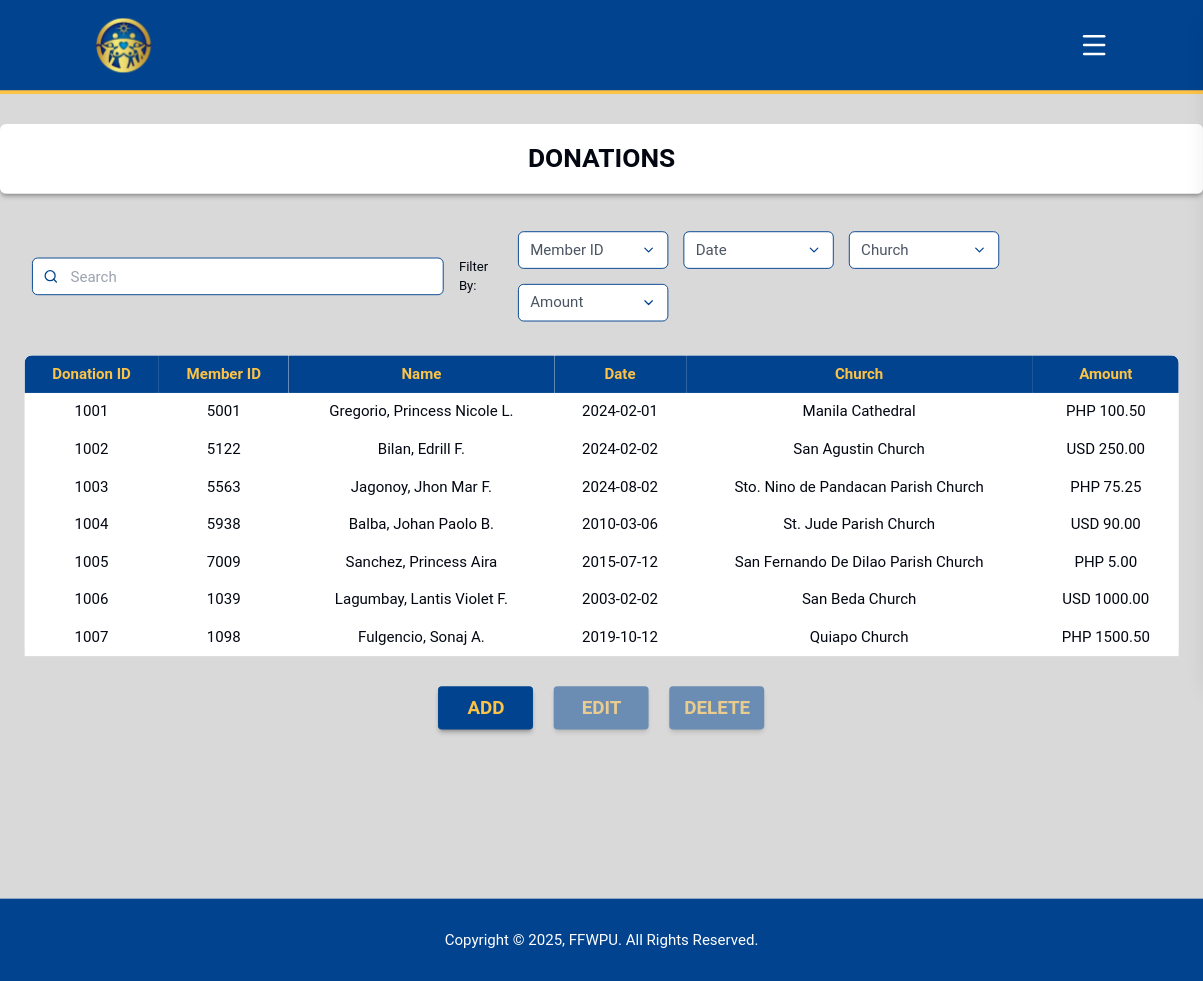
Repository: CoderTofu/FFWPU_System
Page: /donation
These files come from the project's save history. The page is drawn as it stood at one moment and after the next save; the edit follows.
The browser window is 1280 px wide. The pictures show the whole page, at 94% of full size.
The project was rebuilt for these pictures with package versions that can differ from the ones it lists, and the page was loaded fresh each time. The framework's server and built-in components were replaced by stand-ins that run in the browser. Also part of the build but not shown: next.config.ts, src/components/NavbarPublic.tsx, src/components/FooterPublic.tsx, src/lib/utils.ts, src/components/ui/dialog.tsx, src/components/ui/button.tsx, src/components/Modal.tsx.

Above is the page before, as saved 2025-03-07 07:20:41.

### src/app/layout.tsx
import type { Metadata } from "next";
import "./globals.css";
import Preloader from "../components/Preloader";
import LayoutWrapper from "@/components/LayoutWrapper";

export const metadata: Metadata = {
  title: "FFWPU-System",
  description: "Created to help the FFWPU organization",
};

export default function RootLayout({
  children,
}: Readonly<{ children: React.ReactNode }>) {
  return (
    <html lang="en">
      <link rel="icon" href="/icons/ffwpu_icon.svg" sizes="any" />
      <body className="antialiased min-h-screen flex flex-col bg-[#f1f1f1]">
        <Preloader />
        <LayoutWrapper>{children}</LayoutWrapper>
      </body>
    </html>
  );
}

### src/app/globals.css
@tailwind base;
@tailwind components;
@tailwind utilities;

@import url("https://fonts.googleapis.com/css2?family=Roboto:ital,wght@0,100..900;1,100..900&display=swap");

:root {
  --roboto-font: "Roboto", "arial";
}

* {
  font-family: var(--roboto-font);
}



@layer base {
  :root {
    --background: 0 0% 100%;
    --foreground: 224 71.4% 4.1%;
    --card: 0 0% 100%;
    --card-foreground: 224 71.4% 4.1%;
    --popover: 0 0% 100%;
    --popover-foreground: 224 71.4% 4.1%;
    --primary: 220.9 39.3% 11%;
    --primary-foreground: 210 20% 98%;
    --secondary: 220 14.3% 95.9%;
    --secondary-foreground: 220.9 39.3% 11%;
    --muted: 220 14.3% 95.9%;
    --muted-foreground: 220 8.9% 46.1%;
    --accent: 220 14.3% 95.9%;
    --accent-foreground: 220.9 39.3% 11%;
    --destructive: 0 84.2% 60.2%;
    --destructive-foreground: 210 20% 98%;
    --border: 220 13% 91%;
    --input: 220 13% 91%;
    --ring: 224 71.4% 4.1%;
    --chart-1: 12 76% 61%;
    --chart-2: 173 58% 39%;
    --chart-3: 197 37% 24%;
    --chart-4: 43 74% 66%;
    --chart-5: 27 87% 67%;
    --radius: 0.5rem;
  }
  .dark {
    --background: 224 71.4% 4.1%;
    --foreground: 210 20% 98%;
    --card: 224 71.4% 4.1%;
    --card-foreground: 210 20% 98%;
    --popover: 224 71.4% 4.1%;
    --popover-foreground: 210 20% 98%;
    --primary: 210 20% 98%;
    --primary-foreground: 220.9 39.3% 11%;
    --secondary: 215 27.9% 16.9%;
    --secondary-foreground: 210 20% 98%;
    --muted: 215 27.9% 16.9%;
    --muted-foreground: 217.9 10.6% 64.9%;
    --accent: 215 27.9% 16.9%;
    --accent-foreground: 210 20% 98%;
    --destructive: 0 62.8% 30.6%;
    --destructive-foreground: 210 20% 98%;
    --border: 215 27.9% 16.9%;
    --input: 215 27.9% 16.9%;
    --ring: 216 12.2% 83.9%;
    --chart-1: 220 70% 50%;
    --chart-2: 160 60% 45%;
    --chart-3: 30 80% 55%;
    --chart-4: 280 65% 60%;
    --chart-5: 340 75% 55%;
  }
}



@layer base {
  * {
    @apply border-border outline-ring/50;
  }
  body {
    @apply bg-background text-foreground;
  }
}

### src/components/Preloader.tsx
"use client";

import { useState, useEffect } from "react";

export default function Preloader() {
  const [loading, setLoading] = useState(true);

  useEffect(() => {
    const timer = setTimeout(() => {
      setLoading(false);
    }, 1000); // Adjust this time as needed

    return () => clearTimeout(timer);
  }, []);

  if (!loading) return null;

  return (
    <div className="fixed inset-0 z-50 flex items-center justify-center bg-white">
      <div className="h-16 w-16 animate-spin rounded-full border-4 border-solid border-primary border-t-transparent"></div>
    </div>
  );
}

### src/components/LayoutWrapper.tsx
"use client";

import { usePathname } from "next/navigation";
import NavbarPublic from "@/components/navbarPublic";
import NavbarPrivate from "@/components/navbarPrivate";
import FooterPublic from "@/components/footerPublic";
import FooterPrivate from "@/components/footerPrivate";

export default function LayoutWrapper({
  children,
}: {
  children: React.ReactNode;
}) {
  const pathname = usePathname();

  // Define private routes
  const isPublic =
    pathname.startsWith("/about") ||
    pathname.startsWith("/contact") ||
    pathname.startsWith("/login") ||
    pathname.endsWith("/"); // Home page

  return (
    <>
      {isPublic ? <NavbarPublic /> : <NavbarPrivate />}
      <main className="min-h-screen flex-grow">{children}</main>
      {isPublic ? <FooterPublic /> : <FooterPrivate />}
    </>
  );
}

### src/components/Table.tsx
"use client";  // Sabi ni chatgpt need ito hahaha

import React, { useState, useEffect, useRef } from "react";
import { useRouter } from "next/navigation";

interface TableProps {
  data: { [key: string]: any }[];
  columns: { [key in "lg" | "md" | "sm"]: string[] };
  rowDoubleClickPath?: string; // Path where the row should redirect
  onRowSelect?: (row: any | null) => void;
}

const Table: React.FC<TableProps> = ({ data, columns, rowDoubleClickPath, onRowSelect}) => {
  const [tableSize, setTableSize] = useState<"lg" | "md" | "sm">("lg");
  const [selectedRow, setSelectedRow] = useState<number | null>(null);
  const router = useRouter();
  const tableRef = useRef<HTMLDivElement>(null);

  // Automatically update table size based on screen width
  useEffect(() => {
    const updateTableSize = () => {
      const width = window.innerWidth;
      if (width >= 1024) setTableSize("lg");
      else if (width >= 768) setTableSize("md");
      else setTableSize("sm");
    };

    updateTableSize(); // Set initial size
    window.addEventListener("resize", updateTableSize);
    return () => window.removeEventListener("resize", updateTableSize);
  }, []);

  const visibleHeaders = columns[tableSize];

  {/*Handles Single Click Selection*/}
  const handleRowClick = (index: number, row: any) => {
    setSelectedRow(index);
    if (onRowSelect) {
      onRowSelect(row); // Send selected row to parent component
    }
  };

  {/*Handles Clicks Outside Rows to Deselect*/}
  useEffect(() => {
    const handleClickOutside = (event: MouseEvent) => {
      if (tableRef.current && !tableRef.current.contains(event.target as Node)) {
        setSelectedRow(null);
        if (onRowSelect) {
          onRowSelect(null); // Notify parent
        }
      }
    };

    document.addEventListener("click", handleClickOutside);
    return () => document.removeEventListener("click", handleClickOutside);
  }, []);

  {/*Handles Double Click Redirection*/}
  const handleRowDoubleClick = (row: any) => {
    if (rowDoubleClickPath) {
      router.push(`${rowDoubleClickPath}/${row.ID}`); // Redirect with ID in URL
    }
  };

  return (
    <div ref={tableRef} className="overflow-x-auto min-h-[300px] max-h-[450px] overflow-y-auto rounded-lg">
      <table className="min-w-full border-gray-300 bg-white rounded-lg">
        {/* Table Head */}
        <thead className="bg-gray-200 sticky top-0">
          <tr className="bg-[#01438F] text-[#FCC346] cursor-pointer">
            {visibleHeaders.map((header) => (
              <th key={header} className="px-4 py-2 text-center top-0">
                {header}
              </th>
            ))}
          </tr>
        </thead>

        {/* Table Body */}
        <tbody>
          {data.map((row, index) => (
            <tr key={index} className={`cursor-pointer transition
              ${selectedRow === index ? "bg-[#E7E6E6]" : "hover:bg-[#E7E6E6]"}`}
            onClick={() => handleRowClick(index, row)}
            onDoubleClick={() => handleRowDoubleClick(row)}>
              {visibleHeaders.map((header) => (
                <td key={header} className="px-4 py-2 text-center">
                  {row[header] ?? "-"}
                </td>
              ))}
            </tr>
          ))}
        </tbody>
      </table>
    </div>
  );
};

export default Table;

### src/components/DonationModals.tsx
// DonationModals.tsx
"use client";
import { useRef, useEffect, useState } from "react";
import { ChevronDown, Search } from "lucide-react";

interface DataItem {
  "Donation ID": number;
  "Member ID": number;
  Name: string;
  Date: string;
  Church: string;
  Amount: string;
}

interface FilterDropdownProps {
  handleSort: (key: keyof DataItem, order: "asc" | "desc" | "USD" | "PHP" | "ALL") => void;
  selectedCurrency: string | null;
  setSelectedCurrency: (currency: string | null) => void;
  openSortDropdown: string | null;
  openCurrencyDropdown: boolean;
  toggleSortDropdown: (dropdown: string | null) => void;
  setOpenCurrencyDropdown: (open: boolean) => void;
}

export default function DonationModals({
  handleSort,
  selectedCurrency,
  setSelectedCurrency,
  openSortDropdown,
  openCurrencyDropdown,
  toggleSortDropdown,
  setOpenCurrencyDropdown,
}: FilterDropdownProps) {
  const dropdownRef = useRef<HTMLDivElement>(null);
  const [selectedFilters, setSelectedFilters] = useState<{ [key: string]: string }>({});

  useEffect(() => {
    const handleClickOutside = (event: MouseEvent) => {
      if (dropdownRef.current && !dropdownRef.current.contains(event.target as Node)) {
        toggleSortDropdown(null);
        setOpenCurrencyDropdown(false);
      }
    };
    document.addEventListener("mousedown", handleClickOutside);
    return () => document.removeEventListener("mousedown", handleClickOutside);
  }, [toggleSortDropdown, setOpenCurrencyDropdown]);

  const filterKeyMap: { [key: string]: keyof DataItem } = {
    "Member ID": "Member ID",
    Date: "Date",
    Church: "Church",
    Amount: "Amount",
  };

  return (
    <div className="flex items-center gap-4 w-full flex-wrap sm:flex-nowrap">
      <div className="relative w-auto sm:w-[250px] md:w-[300px] lg:w-[500px]">
        <Search className="absolute left-3 top-1/2 transform -translate-y-1/2 w-4 h-4 text-[#01438F]" />
        <input
          className="w-full h-10 pl-10 border border-[#01438F] rounded-md outline-none"
          type="text"
          placeholder="Search"
        />
      </div>

      <span className="text-[14px]">Filter By:</span>

      <div ref={dropdownRef} className="flex flex-wrap items-center gap-4">
        {["Member ID", "Date", "Church"].map((filter) => (
          <div key={filter} className="relative">
            <button
              onClick={() => toggleSortDropdown(openSortDropdown === filter ? null : filter)}
              className="w-[120px] md:w-[140px] lg:w-[160px] h-10 border border-[#01438F] rounded-md px-3 outline-none bg-white text-gray-600 flex justify-between items-center"
            >
              {filter}
              <ChevronDown className="w-4 h-4 text-[#01438F]" />
            </button>

            {openSortDropdown === filter && (
              <div className="absolute mt-1 w-full bg-white border border-[#01438F] rounded-md shadow-md z-10">
                <label className="flex items-center px-3 py-2 hover:bg-gray-200 hover:rounded-sm">
                  <input
                    type="radio"
                    name={filter}
                    className="mr-2"
                    checked={selectedFilters[filter] === "Ascending"}
                    onChange={() => {
                      setSelectedFilters({ ...selectedFilters, [filter]: "Ascending" });
                      handleSort(filterKeyMap[filter], "asc");
                      toggleSortDropdown(null);
                    }}
                  />
                  Ascending
                </label>
                <label className="flex items-center px-3 py-2 hover:bg-gray-200 hover:rounded-sm">
                  <input
                    type="radio"
                    name={filter}
                    className="mr-2"
                    checked={selectedFilters[filter] === "Descending"}
                    onChange={() => {
                      setSelectedFilters({ ...selectedFilters, [filter]: "Descending" });
                      handleSort(filterKeyMap[filter], "desc");
                      toggleSortDropdown(null);
                    }}
                  />
                  Descending
                </label>
              </div>
            )}
          </div>
        ))}

        <div className="relative">
          <button
            onClick={() => setOpenCurrencyDropdown(!openCurrencyDropdown)}
            className="w-[120px] md:w-[140px] lg:w-[160px] h-10 border border-[#01438F] rounded-md px-3 outline-none bg-white text-gray-600 flex justify-between items-center"
          >
            Amount
            <ChevronDown className="w-4 h-4 text-[#01438F]" />
          </button>

          {openCurrencyDropdown && (
            <div className="absolute mt-1 w-full bg-white border border-[#01438F] rounded-md shadow-md z-10">
              <label className="flex items-center px-3 py-2 hover:bg-gray-200 hover:rounded-sm">
                <input
                  type="radio"
                  name="currency"
                  className="mr-2"
                  checked={selectedCurrency === "USD"}
                  onChange={() => {
                    setSelectedCurrency("USD");
                    handleSort("Amount", "USD");
                    setOpenCurrencyDropdown(false);
                  }}
                />
                USD
              </label>
              <label className="flex items-center px-3 py-2 hover:bg-gray-200 hover:rounded-sm">
                <input
                  type="radio"
                  name="currency"
                  className="mr-2"
                  checked={selectedCurrency === "PHP"}
                  onChange={() => {
                    setSelectedCurrency("PHP");
                    handleSort("Amount", "PHP");
                    setOpenCurrencyDropdown(false);
                  }}
                />
                PHP
              </label>
              <label className="flex items-center px-3 py-2 hover:bg-gray-200 hover:rounded-sm">
                <input
                  type="radio"
                  name="currency"
                  className="mr-2"
                  checked={selectedCurrency === null}
                  onChange={() => {
                    setSelectedCurrency(null);
                    handleSort("Amount", "ALL");
                    setOpenCurrencyDropdown(false);
                  }}
                />
                All
              </label>
            </div>
          )}
        </div>
      </div>
    </div>
  );
}

### src/components/NavbarPrivate.tsx
/* eslint-disable @next/next/no-img-element */
"use client";

import { useState, useEffect } from "react";
import { Menu, X, ArrowRight, CircleUserRound } from "lucide-react"; // Added more icons

export default function NavbarPublic() {
  const [isSidebarOpen, setIsSidebarOpen] = useState(false);

  // Prevent scrolling when sidebar is open
  useEffect(() => {
    if (isSidebarOpen) {
      document.body.style.overflow = "hidden";
    } else {
      document.body.style.overflow = "unset";
    }
    return () => {
      document.body.style.overflow = "unset";
    };
  }, [isSidebarOpen]);

  const navItems = [
    { name: "Member Information", href: "/member" },
    { name: "Worship Event", href: "/worship" },
    { name: "Blessings Management", href: "/blessing" },
    { name: "Donations", href: "/donation" },
    { name: "Reporting", href: "/reporting" },
    { name: "CMS", href: "/cms" },
  ];

  return (
    <div className="bg-[#01438F] border-b-4 border-[#FCC346] text-white p-4 px-[100px] min-h-[100px] flex justify-between items-center">
      {/* Logo */}
      <div className="flex gap-4 items-center">
        <a href={"/"}>
          <img
            src="/icons/ffwpu_icon.svg"
            className="h-full w-auto"
            alt="Site Icon"
          />
        </a>
      </div>

      {/* Mobile Menu Button */}
      <button
        className="transition-transform duration-200 ease-in-out hover:scale-110"
        onClick={() => setIsSidebarOpen(true)}
      >
        <Menu className="w-8 h-8" />
      </button>

      {/* Sidebar (Mobile Navigation) */}
      <div
        className={`z-50 fixed top-0 right-0 w-64 h-full ${
          isSidebarOpen ? "translate-x-0" : "translate-x-full"
        } bg-[#01438F] shadow-xl p-6 flex flex-col gap-6 text-lg transition-all duration-300 border-yellow-400 border-l-8`}
      >
        <div className="flex justify-between items-center mb-8">
          <h2 className="text-2xl font-bold text-yellow-400">FFWPU</h2>
          <button
            className="transition-transform duration-200 ease-in-out hover:scale-110 hover:rotate-90"
            onClick={() => setIsSidebarOpen(false)}
          >
            <X className="w-8 h-8" />
          </button>
        </div>

        <div className="flex flex-col justify-center items-center">
          <CircleUserRound className="w-28 h-28" />
          <h3 className="mt-1 text-xl font-light italic text-center">
            Welcome, <br />
            Admin!
          </h3>
        </div>

        {navItems.map((item, index) => (
          <a
            key={item.name + index}
            className="flex items-center hover:bg-blue-700 p-2 rounded-md transition-all duration-200 hover:translate-x-2 text-base"
            href={item.href}
            onClick={() => setIsSidebarOpen(false)}
          >
            {item.name}
          </a>
        ))}

        <a
          href={"/"}
          className="mt-auto transition-all duration-200 hover:scale-110 justify-center items-center flex "
        >
          <ArrowRight className="w-12 h-12" />
        </a>
      </div>

      {/* Overlay */}
      {isSidebarOpen && (
        <div
          className="fixed inset-0 bg-black bg-opacity-50 z-40 transition-opacity duration-300 ease-in-out"
          onClick={() => setIsSidebarOpen(false)}
        />
      )}
    </div>
  );
}

### src/components/FooterPrivate.tsx
export default function FooterPrivate() {
  return (
    <div className="bg-[#01438F] text-white p-8 text-center">
      Copyright © 2025, FFWPU. All Rights Reserved.
    </div>
  );
}

### tailwind.config.ts
import type { Config } from "tailwindcss";

export default {
    darkMode: ["class"],
    content: [
    "./src/pages/**/*.{js,ts,jsx,tsx,mdx}",
    "./src/components/**/*.{js,ts,jsx,tsx,mdx}",
    "./src/app/**/*.{js,ts,jsx,tsx,mdx}",
    "./src/components/*.{js,ts,jsx,tsx,mdx}",
  ],
  theme: {
  	extend: {
  		borderRadius: {
  			lg: 'var(--radius)',
  			md: 'calc(var(--radius) - 2px)',
  			sm: 'calc(var(--radius) - 4px)'
  		},
  		colors: {
  			background: 'hsl(var(--background))',
  			foreground: 'hsl(var(--foreground))',
  			card: {
  				DEFAULT: 'hsl(var(--card))',
  				foreground: 'hsl(var(--card-foreground))'
  			},
  			popover: {
  				DEFAULT: 'hsl(var(--popover))',
  				foreground: 'hsl(var(--popover-foreground))'
  			},
  			primary: {
  				DEFAULT: 'hsl(var(--primary))',
  				foreground: 'hsl(var(--primary-foreground))'
  			},
  			secondary: {
  				DEFAULT: 'hsl(var(--secondary))',
  				foreground: 'hsl(var(--secondary-foreground))'
  			},
  			muted: {
  				DEFAULT: 'hsl(var(--muted))',
  				foreground: 'hsl(var(--muted-foreground))'
  			},
  			accent: {
  				DEFAULT: 'hsl(var(--accent))',
  				foreground: 'hsl(var(--accent-foreground))'
  			},
  			destructive: {
  				DEFAULT: 'hsl(var(--destructive))',
  				foreground: 'hsl(var(--destructive-foreground))'
  			},
  			border: 'hsl(var(--border))',
  			input: 'hsl(var(--input))',
  			ring: 'hsl(var(--ring))',
  			chart: {
  				'1': 'hsl(var(--chart-1))',
  				'2': 'hsl(var(--chart-2))',
  				'3': 'hsl(var(--chart-3))',
  				'4': 'hsl(var(--chart-4))',
  				'5': 'hsl(var(--chart-5))'
  			}
  		}
  	}
  },
  plugins: [require("tailwindcss-animate")],
} satisfies Config;

Loaded but not shown: src/app/(private)/donation/page.tsx (178 lines, source omitted)

After the next save:
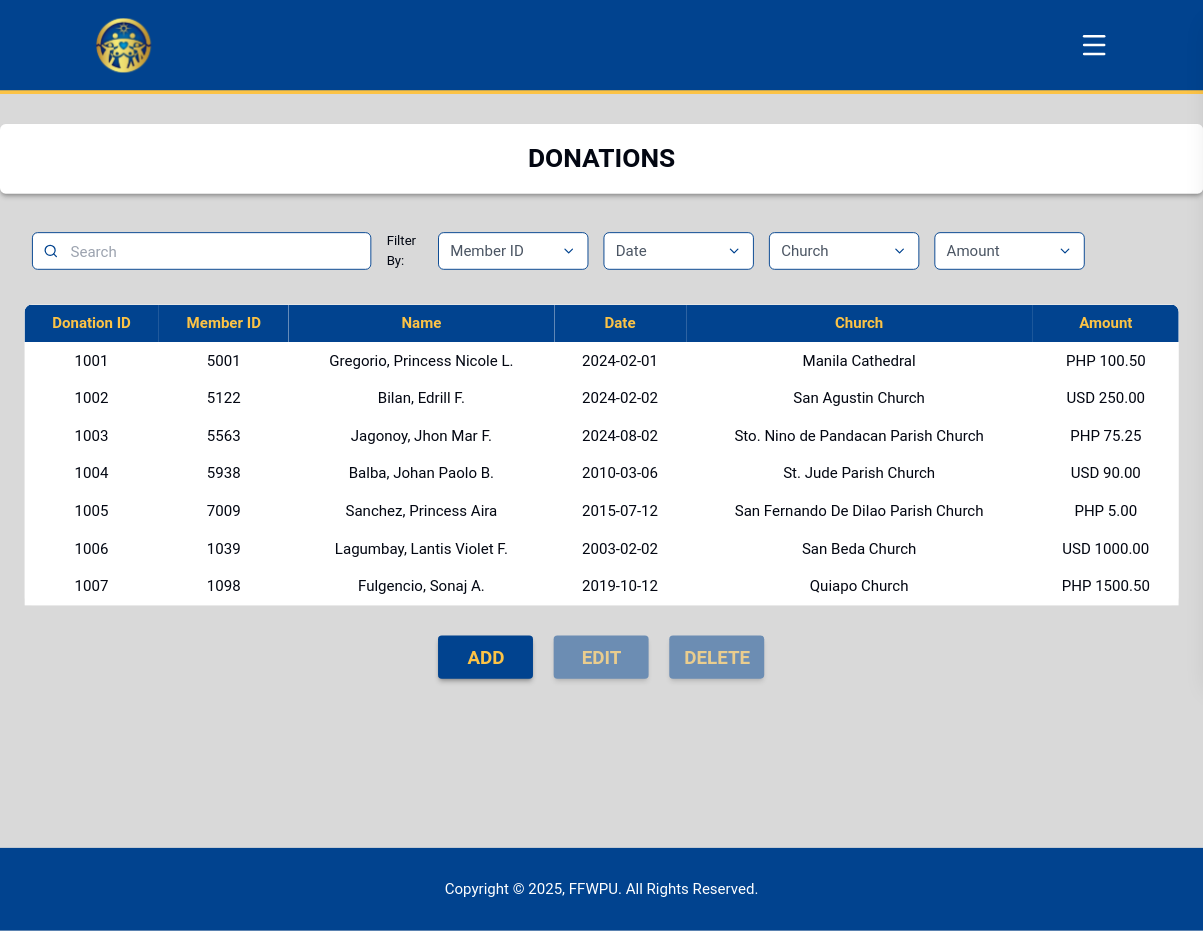
Saved 29 s later.
--- a/src/components/DonationModals.tsx
+++ b/src/components/DonationModals.tsx
@@ -65,7 +65,7 @@
 
       <span className="text-[14px]">Filter By:</span>
 
-      <div ref={dropdownRef} className="flex flex-wrap items-center gap-4">
+      <div ref={dropdownRef} className="flex items-center gap-4">
         {["Member ID", "Date", "Church"].map((filter) => (
           <div key={filter} className="relative">
             <button
